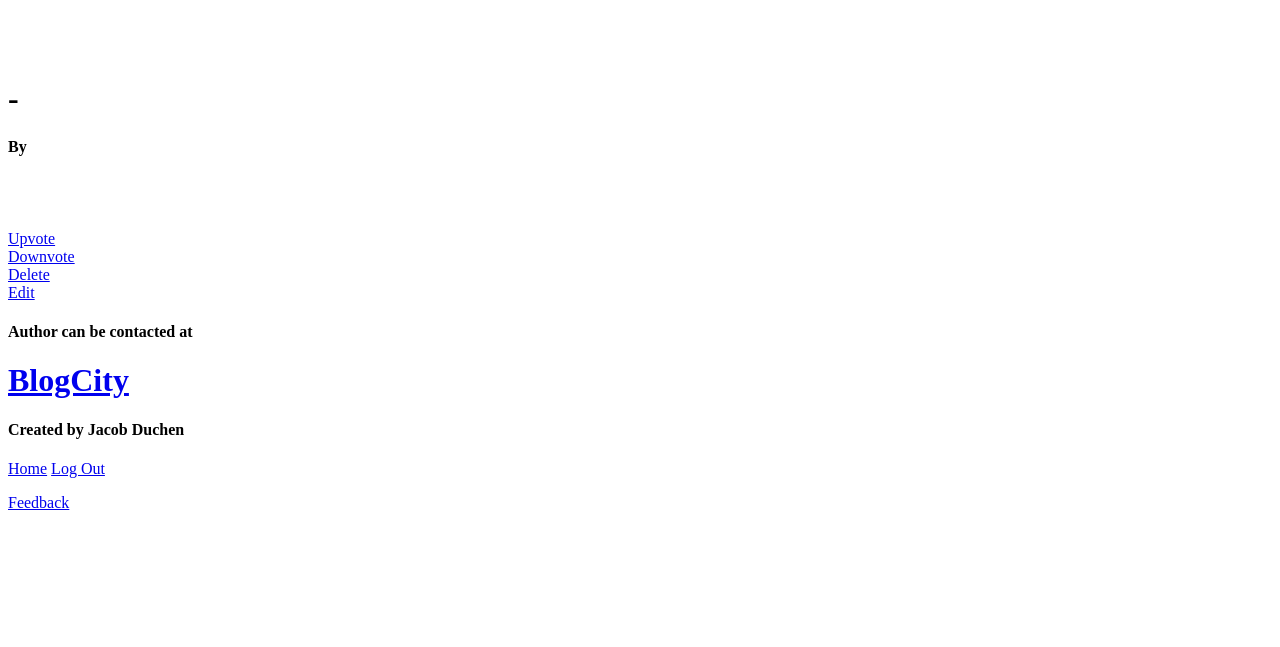
Repository: fatcatdog/springBlog
Page: http://localhost/blog/WEB-INF/jsp/blog.jsp
The author's editor kept a copy of each file at every save. The page is drawn from the files as they stood at one save, then again after the next save.
The browser window is 1280 px wide. The pictures show the whole page.
The page is served by Tomcat 9. Nobody is signed in. Other server files are loaded and not shown. The template is opened directly, without the code that normally fills it, so the values that code supplies are empty.

Above is the page before, as saved 2018-09-15 05:27:03.

### blog/src/main/webapp/WEB-INF/jsp/blog.jsp
<!DOCTYPE html>

<%@ taglib prefix="spring" uri="http://www.springframework.org/tags"%>
<%@ taglib prefix="c" uri="http://java.sun.com/jsp/jstl/core"%>

<html lang="en">
<%@ include file="components/header.jsp" %>

<body>

<h1>${title} - ${tempUpvoteCount}</h1>
<h4>By ${authorName}</h4>
<Br/>
<p>${content}</p>
<Br/>

<a href="/vote/up/${blogId}">Upvote</a>
<Br/>
<a href="/vote/down/${blogId}">Downvote</a>
<Br/>
<a href="/delete/${blogId}">Delete</a>
<Br/>
<a href="/edit/${blogId}">Edit</a>
<Br/>

<h4>Author can be contacted at <a href="mailto:${authorEmail}">${authorEmail}</a></h4>

</body>
<%@ include file="components/footer.jsp" %>

</html>

### blog/src/main/webapp/WEB-INF/jsp/components/header.jsp
<div class="header-title">
<h1><a href="/home" style="color:white">BlogCity</a></h1>
</div>

Loaded but not shown: blog/src/main/webapp/WEB-INF/jsp/components/footer.jsp (common file)

After the next save:
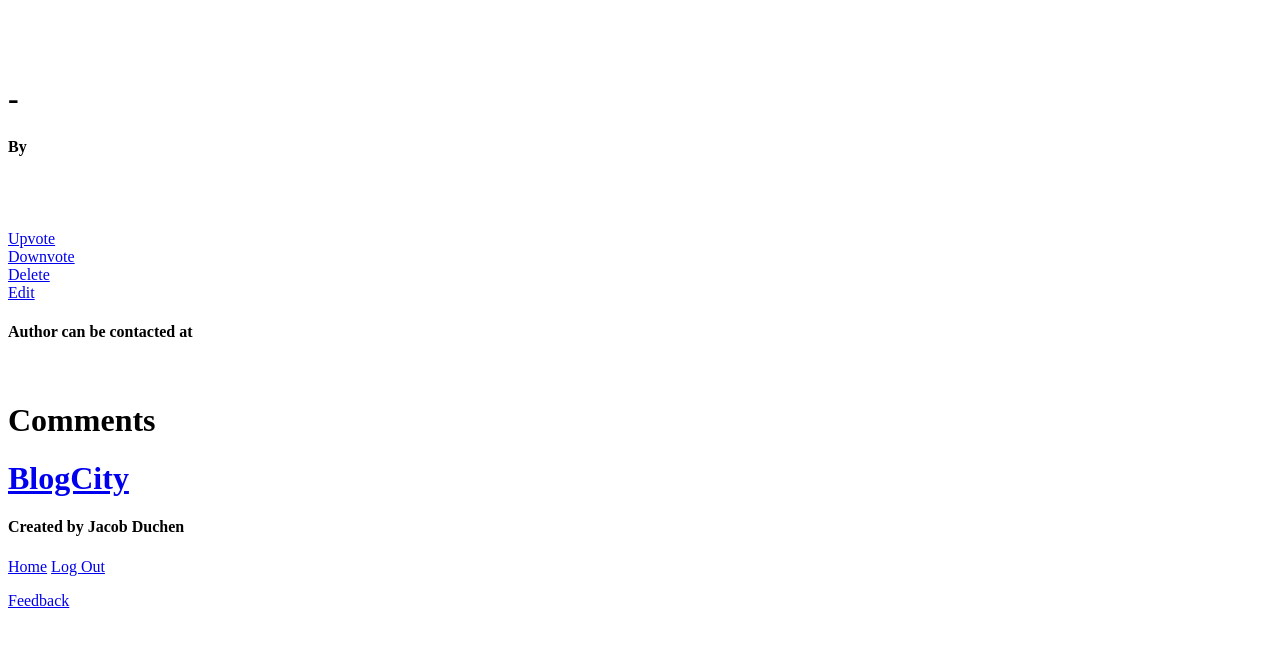
Saved 21 h 52 min later.
--- a/blog/src/main/webapp/WEB-INF/jsp/blog.jsp
+++ b/blog/src/main/webapp/WEB-INF/jsp/blog.jsp
@@ -24,6 +24,9 @@
 <Br/>
 
 <h4>Author can be contacted at <a href="mailto:${authorEmail}">${authorEmail}</a></h4>
+<Br/>
+<h1>Comments</h1>
+
 
 </body>
 <%@ include file="components/footer.jsp" %>
